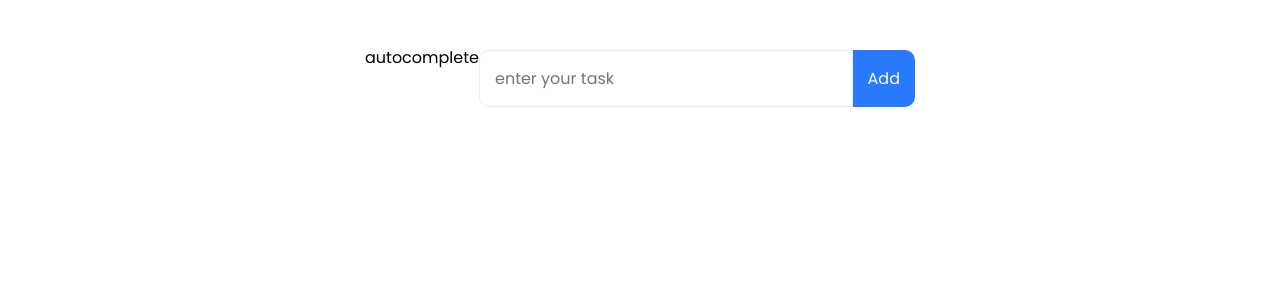
Repository: Kaii-Dev/js-course
Page: BAI-TAP/todolist/index.html
These files come from the project's save history. The page is drawn as it stood at one moment and after the next save; the edit follows.
The browser window is 1280 px wide. The pictures show the whole page.

Above is the page before, as saved 2021-12-22 19:59:52.

### BAI-TAP/todolist/index.html
<!DOCTYPE html>
<html lang="en">
<head>
   <meta charset="UTF-8">
   <meta http-equiv="X-UA-Compatible" content="IE=edge">
   <meta name="viewport" content="width=device-width, initial-scale=1.0">
   <title>to do list</title>
   <link rel="preconnect" href="https://fonts.gstatic.com" />
   <link
     href="https://fonts.googleapis.com/css2?family=Poppins:wght@400;600&display=swap"
     rel="stylesheet"
   />
   <link
     rel="stylesheet"
     href="https://cdnjs.cloudflare.com/ajax/libs/font-awesome/4.7.0/css/font-awesome.min.css"
     integrity="sha512-SfTiTlX6kk+qitfevl/7LibUOeJWlt9rbyDn92a1DqWOw9vWG2MFoays0sgObmWazO5BQPiFucnnEAjpAB+/Sw=="
     crossorigin="anonymous"
   />
   <style>
      html {
  box-sizing: border-box;
}
* {
  margin: 0;
  padding: 0;
}
*,
*:before,
*:after {
  box-sizing: border-box;
}
input,
textarea,
select,
button {
  outline: none;
}
input {
  line-height: normal;
}
label,
button {
  cursor: pointer;
}
a {
  text-decoration: none;
}
img {
  display: block;
  max-width: 100%;
}
*,
*:before,
*:after {
  box-sizing: border-box;
}
/* using rem unit */
html {
  font-size: 62.5%;
}
a {
  text-decoration: none;
}
img {
  display: block;
  max-width: 100%;
}
input,
button,
body {
  font-family: "Poppins", sans-serif;
  font-size: 16px;
  line-height: 1;
}
.todo {
  padding: 25px;
  margin: 25px auto;
  max-width: 600px;
}
.todo-form {
  width: 100%;
  display: flex;
}
.todo-submit {
  padding: 15px;
  border: 0;
  background-color: #2979ff;
  color: white;
  border-radius: 0 10px 10px 0;
  flex-shrink: 0;
}
.todo-input {
  width: 100%;
  border: 1px solid #eee;
  padding: 15px;
  border-radius: 10px 0 0 10px;
}
.todo-item {
  margin-top: 15px;
  display: flex;
  align-items: center;
  padding: 15px 0;
}
.todo-text {
  flex: 1;
  font-weight: 300;
  color: #333;
  display: inline-block;
  padding-right: 20px;
  white-space: nowrap;
  max-width: 100%;
  overflow: hidden;
  text-overflow: ellipsis;
  line-height: 1.4;
}
.todo-remove {
  flex-shrink: 0;
  width: 40px;
  height: 40px;
  background-color: #fc5776;
  color: white;
  border-radius: 4px;
  cursor: pointer;
  display: flex;
  justify-content: center;
  align-items: center;
}
   </style>
</head>
<body>
   <div class="todo">
      <form class="todo-form" autocomplete="off"> autocomplete
         <input type="text" name="todo" placeholder="enter your task" class="todo-input">
         <button class="todo-submit" type="submit">Add</button>
      </form>

      <div class="todo-list">
         <!-- <div class="todo-item">
            <span class="todo-text">learning english</span>
            <i class="fa fa-trash todo-remove" ></i>
         </div> -->
      </div>
   </div>
   <script src="./starter.js"></script>
</body>
</html>

### BAI-TAP/todolist/starter.js
{/* <div class="todo-item">
            <span class="todo-text">learning english</span>
            <i class="fa fa-trash todo-remove" ></i>
         </div> */}

         window.addEventListener("load", function(){
            const form = document.querySelector("form");
            form.addEventListener("click", function(e){
               e.preventDefault();
               const todoVal = form.elements["todo"].value; // kien thuc trong bai form
               console.log(todoVal);
            })
         })

After the next save:
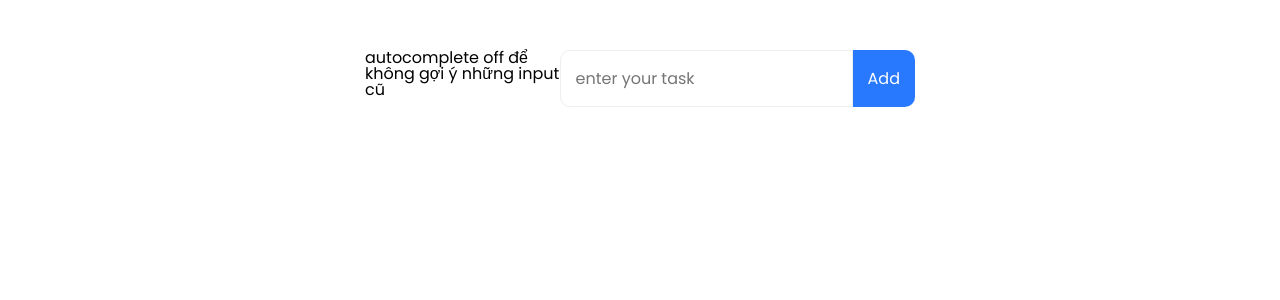
Saved 10 s later.
--- a/BAI-TAP/todolist/index.html
+++ b/BAI-TAP/todolist/index.html
@@ -129,7 +129,7 @@ body {
 </head>
 <body>
    <div class="todo">
-      <form class="todo-form" autocomplete="off"> autocomplete
+      <form class="todo-form" autocomplete="off"> autocomplete off để không gợi ý những input cũ
          <input type="text" name="todo" placeholder="enter your task" class="todo-input">
          <button class="todo-submit" type="submit">Add</button>
       </form>
